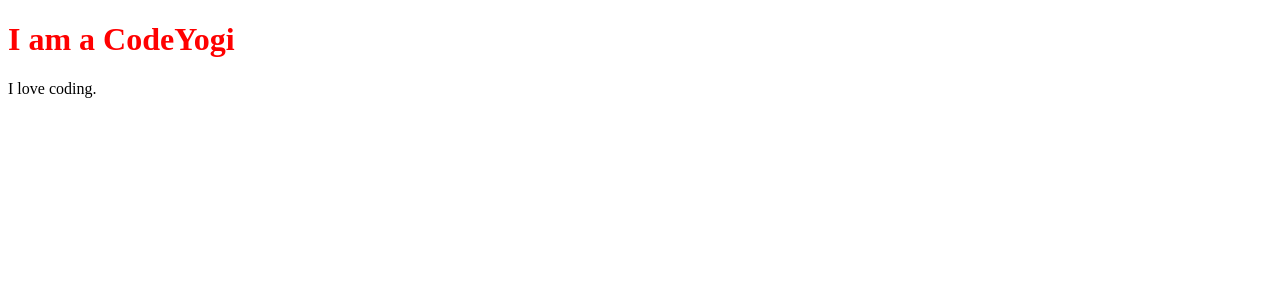
Repository: itz-mohanmadhav-18/Full-stack
Page: Html+css/day-3/flexbox.html
An editor plug-in stored every save of this project. The page is shown before and after the next save, followed by the edit.
The browser window is 1280 px wide. The pictures show the whole page.

Above is the page before, as saved 2024-06-14 12:13:21.

### Html+css/day-3/flexbox.html
<!DOCTYPE html>
<html lang="en">
<head>
    <meta charset="UTF-8">
    <meta name="viewport" content="width=device-width, initial-scale=1.0">
    <link rel="stylesheet" href="./flexbox.css">
    <title>Document</title>
</head>
<body>
    <h1>I am a CodeYogi</h1>
    <p>I love coding.</p>

</body>
</html>

Loaded but not shown: Html+css/day-3/flexbox.css (common file)

After the next save:
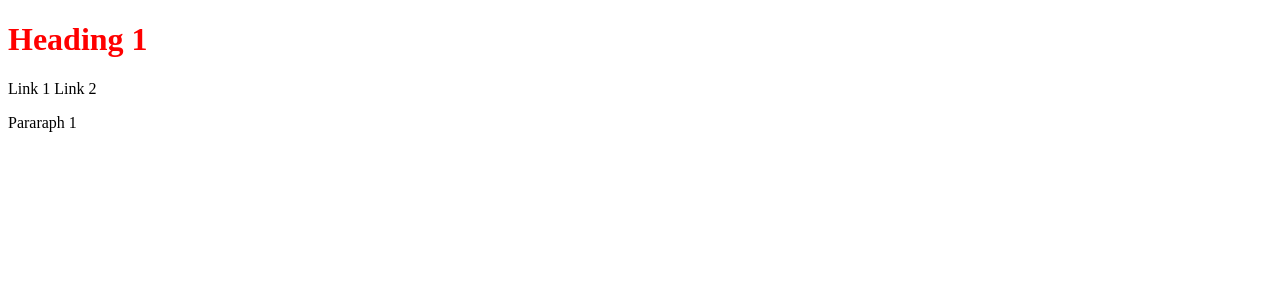
Saved 3 min 6 s later.
--- a/Html+css/day-3/flexbox.html
+++ b/Html+css/day-3/flexbox.html
@@ -7,8 +7,9 @@
     <title>Document</title>
 </head>
 <body>
-    <h1>I am a CodeYogi</h1>
-    <p>I love coding.</p>
-
+    <h1>Heading 1</h1>
+    <a>Link 1</a>
+    <a>Link 2</a>
+    <p>Pararaph 1</p>
 </body>
 </html>
